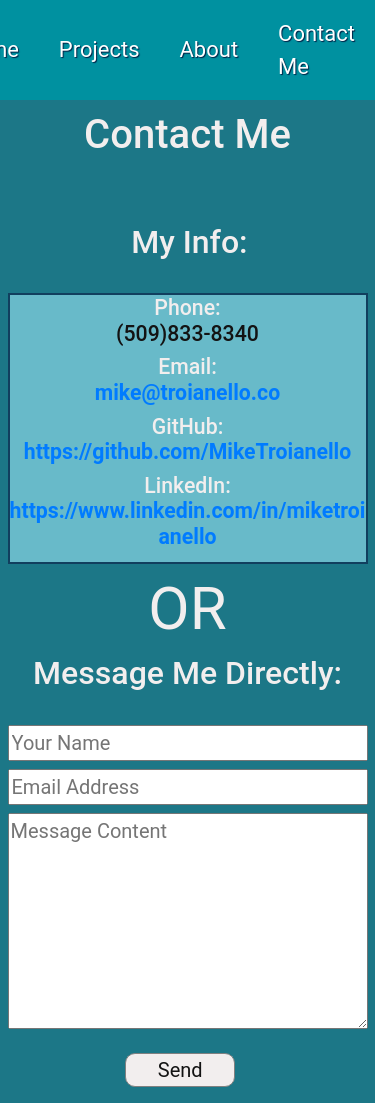
Repository: MikeTroianello/troianello
Page: /contact
An editor plug-in stored every save of this project. The page is shown before and after the next save, followed by the edit.
The browser window is 375 px wide. The pictures show the whole page.
The project was rebuilt for these pictures with package versions that can differ from the ones it lists, and the page was loaded fresh each time. Also part of the build but not shown: src/components/context-sensitive/Greet.js, src/components/locations/Home.js, src/components/locations/About/About.css, src/components/locations/About/AboutMobile.css, src/components/locations/About/About.js, src/components/cards/RainbowDay.js, src/components/cards/CanvasBubbles.js, src/components/cards/projectCard.css and 4 more.

Above is the page before, as saved 2019-08-03 13:17:05.

### public/index.html
<!DOCTYPE html>
<html lang="en">
  <head>
    <meta charset="utf-8" />
    <link rel="shortcut icon" href="%PUBLIC_URL%/favicon.ico" />
    <meta name="viewport" content="width=device-width, initial-scale=1" />
    <meta name="theme-color" content="#000000" />
    <!--
      manifest.json provides metadata used when your web app is installed on a
      user's mobile device or desktop. See https://developers.google.com/web/fundamentals/web-app-manifest/
    -->
    <link rel="manifest" href="%PUBLIC_URL%/manifest.json" />
    <!--
      Notice the use of %PUBLIC_URL% in the tags above.
      It will be replaced with the URL of the `public` folder during the build.
      Only files inside the `public` folder can be referenced from the HTML.

      Unlike "/favicon.ico" or "favicon.ico", "%PUBLIC_URL%/favicon.ico" will
      work correctly both with client-side routing and a non-root public URL.
      Learn how to configure a non-root public URL by running `npm run build`.
    -->
    <title>MIKE TROIANELLO</title>
  </head>
  <body>
    <noscript>You need to enable JavaScript to run this app.</noscript>
    <div id="root"></div>
  </body>
</html>

### src/App.js
import React, { Component } from 'react';
import { BrowserRouter as Router, Route, Switch } from 'react-router-dom';
import Header from './components/Header';
import Home from './components/locations/Home';
import About from './components/locations/About/About';
import Projects from './components/locations/Projects';
import Contact from './components/locations/Contact/Contact';
import NotFound from './components/locations/NotFound';
import Greet from './components/context-sensitive/Greet.js';
import './App.css';

class App extends Component {
  // state = {
  //   header: '',
  //   hours: new Date().getHours()
  // };

  // componentDidMount() {
  //   window.addEventListener('scroll', this.handleScroll);
  // }

  // componentWillUnmount() {
  //   window.removeEventListener('scroll', this.handleScroll);
  // }

  // handleScroll = event => {
  //   let scrollTop = event.srcElement.body.scrollTop;
  //   console.log(window.scrollY);
  //   // if(window.scrollY > 200 && this.state.header) {
  //   if (window.scrollY < 88) {
  //     this.setState({ header: '' });
  //     console.log(this.state.header);
  //   }
  //   if (window.scrollY > 88 && window.scrollY < 502) {
  //     this.setState({ header: <Greet classname='header-greet' /> });
  //     console.log(this.state.header);
  //   }
  //   if (window.scrollY > 503 && window.scrollY < 1266) {
  //     this.setState({ header: 'My Projects' });
  //     console.log(this.state.header);
  //   }
  //   if (window.scrollY > 1267) {
  //     this.setState({ header: 'About Me' });
  //     console.log(this.state.header);
  //   }
  // };

  render() {
    return (
      <div className='App'>
        <Router>
          {/* <Header showHeader={this.state.header} /> */}
          <Header />
          <div>
            <Switch>
              <Route exact path='/' component={Home} />
              <Route exact path='/about' component={About} />
              <Route exact path='/projects' component={Projects} />
              <Route exact path='/contact' component={Contact} />
              <Route component={NotFound} />
            </Switch>
          </div>
        </Router>
      </div>
    );
  }
}

export default App;

### src/components/Header.js
import React, { Component } from 'react';
import { Link } from 'react-router-dom';
import Greet from '../components/context-sensitive/Greet.js';

export default class Header extends Component {
  render() {
    // let headerClass = this.props.showHeader ? 'header' : 'header transition';
    // if(this.props.showHeader == "time"){
    //   this.props.showHeader = <Greet/>
    // }
    /* <div className={headerClass}> */
    return (
      <div className='header'>
        <div className='links'>
          {/* <div className='logo'>
            <Link to='/'>Mt</Link>
          </div> */}
          <Link to='/' className='logo-2'>
            <h1 className='mt-logo'>Mt</h1>
          </Link>
          <div>{this.props.showHeader}</div>

          <div className='individual-link'>
            <Link to='/'>Home</Link>
          </div>
          <div className='individual-link'>
            <Link to='/projects'>Projects</Link>
          </div>
          <div className='individual-link'>
            <Link to='/about'>About</Link>
          </div>
          <div className='individual-link test'>
            <Link to='/contact'>Contact Me</Link>
          </div>
        </div>
      </div>
    );
  }
}

### src/components/locations/Contact/Contact.js
import React from 'react';
import './Contact.css';
import './ContactMobile.css';

export default function Contact() {
  return (
    <div className='contact-page'>
      <h1 className='contact-center'>Contact Me</h1>
      <div className='row'>
        <div className='col-sm-5 contact-side-one'>
          <h2 className='contact-center-one'>My Info:</h2>
          <div className='contact-side-one-box'>
            <h3>
              Phone:
              <br />
              <span className='contact-number'>(509)833-8340</span>
            </h3>
            <h3>
              <h3>
                Email:
                <br />
                <strong>
                  <a
                    href='mailto:mike@troianello.co'
                    target='_blank'
                    rel='noopener noreferrer'
                  >
                    mike@troianello.co
                  </a>
                </strong>
              </h3>
              GitHub:
              <br />
              <strong>
                <a
                  href='https://github.com/MikeTroianello'
                  target='_blank'
                  rel='noopener noreferrer'
                >
                  https://github.com/MikeTroianello
                </a>
                <br />
              </strong>
            </h3>
            <h3>
              LinkedIn: <br />
              <strong>
                <a
                  href='https://www.linkedin.com/in/miketroianello'
                  target='_blank'
                  rel='noopener noreferrer'
                >
                  https://www.linkedin.com/in/miketroianello
                </a>
              </strong>
            </h3>
          </div>
        </div>
        <div className='col-sm-2 or'>OR</div>
        <div className='col-sm-5 contact-side-two'>
          <h2 className='contact-center-two'>Message Me Directly:</h2>
          <form
            className='contact-message'
            action='https://formspree.io/mike@troianello.co'
            method='POST'
          >
            <label>
              <input
                type='name'
                name='name'
                className='contact-message-input'
                placeholder='Your Name'
              />
            </label>
            <label>
              <input
                type='email'
                name='email'
                className='contact-message-input'
                placeholder='Email Address'
              />
            </label>
            <label>
              <textarea
                rows='7'
                name='content'
                className='contact-message-input'
                placeholder='Message Content'
              />
            </label>
            <button className='contact-button'>Send</button>
          </form>
        </div>
      </div>
    </div>
  );
}

### src/App.css
:root {
  --off-black: #131313;
  --off-white: #f2eeee;
}

.App {
  font-family: 'roboto';
}
@import url('https://fonts.googleapis.com/css?family=Chivo&display=swap');
@import url('https://fonts.googleapis.com/css?family=Roboto&display=swap');
@import url('https://fonts.googleapis.com/css?family=Exo+2:800&display=swap');

.App-header {
  background-color: #282c34;
  min-height: 100vh;
  display: flex;
  flex-direction: column;
  /* align-items: center; */
  justify-content: center;
  font-size: calc(10px + 2vmin);
  /* color: white; */
}

/* .App-link {
  color: #61dafb;
} */

body {
  padding-top: 47px;
}

div {
  font-size: 20px;
}

p {
  margin-left: 4em;
  color: var(--off-black);
}

/* HEADER */

.header {
  background-color: #0091a0;
  /* background-color: #192e6c; */
  overflow: hidden;
  position: fixed;
  top: 0;
  width: 100%;
  height: 100px;
  z-index: 1;
  transition: all 0.5s;
}

.header.transition {
  transition: all 0.5s;
}

.header a {
  text-decoration: none;
  font-family: 'roboto';
  color: white;
  text-shadow: 1px 1px 1px #002145;
  font-size: 1.1em;
}

/* HOME PAGE */

/* .home-bg {
  height: 300vh;
} */

.link {
  margin-left: 15em;
}

.link a {
  color: var(--off-white);
  background-color: #0091a0;
  border-style: solid;
  border-color: #a2d7dc;
  border-width: 2px;
  font-size: 1.75em;
  padding: 0.5em;
  /* border-radius: 5px; */
}

.home-top {
  background-color: #0091a0;
  height: 65vh;
  width: 100%;
  transform: skewY(-5deg);
  margin-top: -5vh;
  padding: 0;
}

.home-top h1 {
  text-align: center;
  color: var(--off-white);
  font-size: 5em;
  padding-left: 0.6em;
  padding-top: 0.8em;
  margin-bottom: 0;
  padding-bottom: 0;
  transform: skewY(5deg);
  text-shadow: 1px 1px 1px #007783;
}

.home-top h2 {
  text-align: center;
  color: var(--off-white);
  padding-left: 0.6em;
  margin-bottom: 0;
  padding-bottom: 0;
  transform: skewY(5deg);
  text-shadow: 1px 1px 1px #007783;
}

.home-typewriter-setup {
  /* position: relative;
    width: 29em;
    margin: 0 auto;
    text-align: center;
    white-space: nowrap;
    overflow: hidden; */
  position: relative;
  width: 24em;
  margin: 10vh auto;
  border-right: 3px solid rgba(255, 255, 255, 0.75);
  font-size: 180%;
  text-align: center;
  white-space: nowrap;
  overflow: hidden;
}

.home-typewriter-animation {
  animation: typewriter 4s steps(65) 1s 1 normal both,
    blinkTextCursor 1000ms steps(40) infinite normal;
}

@keyframes typewriter {
  from {
    width: 0;
  }
  to {
    width: 29.5em;
  }
}
@keyframes blinkTextCursor {
  from {
    border-right-color: rgba(255, 255, 255, 0.75);
  }
  to {
    border-right-color: transparent;
  }
}

.home-fade1 {
  height: 2vh;
  width: 100%;
  background-color: #a2d7dc;
  transform: skewY(-5deg);
  margin-top: -1vh;
}

.home-fade2 {
  height: 1vh;
  width: 100%;
  background-color: #e1e3e5;
  /* margin-top: -1vh; */
}

.home-about {
  height: 105vh;
  background: url('./components/images/pics/album-pics/thumbnail-3.jpg')
    no-repeat;
  background-size: 100% auto;
  background-position: 0 -30vh;
  /* background-repeat: no-repeat; */
  /* background-color: #909a9f; */
}

.home-about h1 {
  color: var(--off-white);
  font-size: 4.25em;
  margin-left: 1.25em;
}

.home-projects {
  font-size: 2em;
  padding-top: 1em;
  height: 110vh;
}

.home-projects h1 {
  color: var(--off-black);
  font-size: 2em;
  text-align: center;
}

.home-album-text {
  mix-blend-mode: difference;

  /* mix-blend-mode: exclusion; */
}

.home-contact {
  height: 50vh;
}

.home-contact h1 {
  font-size: 4.5em;
  margin-left: 1em;
  color: var(--off-white);
}

/* PROJECTS PAGE */

.projects {
  background-color: #1c7787;
  color: var(--off-white);
  /* height: 104vh; */
  /* margin-top: -3em; */
  padding-top: 3em;
  overflow: hidden;
  min-height: 97.45vh;
}

.project-box {
  display: flex;
  flex-wrap: wrap;
  justify-content: space-around;
  text-decoration: none;
  /* margin: 1vh 0; */
}

/* .project-box :hover {
  background: rgba(0, 0, 0, 1);
} */

.projects-title {
  text-align: center;
}

.projects-technologies {
  padding: 10vh 0 0 1.33vw;
  background-color: #1c7787;
  border-right: 1.5px solid black;
}

/* COLOR SCHEME REMAINING CLASSES DON'T DELETE YET!!!! */

/* .container-fluid {
  height: 500px;
} */

/* .row {
  height: 500px;
} */

.links {
  display: flex;
  justify-content: flex-end;
  align-items: center;
}

.individual-link {
  margin: 0 1em;
}

/* logo */

.logo {
  color: white;
  padding: 1px 6px;
  font-size: 1.35em;
  font-weight: bold;
  border-style: solid;
  border-color: White;
  border-width: 2px;
  margin: 20px auto 20px 15px;
}

.logo-2 {
  color: white;
  padding: 1px 6px 0;
  font-weight: bold;
  border-style: solid;
  border-color: White;
  border-width: 2px;
  margin: 20px auto 20px 15px;
}

.mt-logo {
  margin: 3px 0;
}

.react {
  animation-name: spin;
  animation-duration: 35s;
  animation-iteration-count: infinite;
  animation-timing-function: linear;
}

@keyframes spin {
  from {
    transform: rotate(0deg);
  }
  to {
    transform: rotate(360deg);
  }
}

/* table,
th,
td {
  border: 2px solid black;
}

td {
  font-size: 2em;
} */

### src/components/locations/Contact/Contact.css
.contact-page {
  background-color: #1c7787;
  color: var(--off-white);
  /* height: 101.8vh; HERE */
  min-height: 101.8vh;
  overflow: hidden;
  margin-top: -3em;
  padding-top: 3em;
}

.contact-page h1 {
  margin: 8vh;
}

/* .contact-side-one {
  } */

.contact-side-one-box {
  border: 2px solid #113f5e;
  background-color: rgba(137, 215, 229, 0.7);
  text-align: center;
  margin-left: 1vw;
  margin-right: 1vw;
  padding-bottom: 5px;
  word-wrap: break-word;
}

.contact-number {
  color: var(--off-black);
}

.contact-center {
  text-align: center;
  margin-bottom: 4vh;
}

.contact-center-one {
  text-align: center;
  margin-bottom: 4vh;
  margin-left: 1vw;
}

.contact-center-two {
  text-align: center;
  margin-bottom: 4vh;
}

.or {
  margin-bottom: 15vh;
  display: flex;
  justify-content: center;
  align-items: center;
  font-size: 3.8em;
  color: var(--off-white);
}

/* .contact-side-two{
    display: flex;
  } */

.contact-message {
  flex-direction: column;
  /* align-items:center; */
  display: flex;
}

.contact-message-input {
  width: 90%;
}

.contact-button {
  width: 30%;
  border: 1px solid gray;
  border-radius: 10px;
  color: var(--off-black);
  background: var(--off-white);
  margin-left: 32%;
}

### src/components/locations/Contact/ContactMobile.css
@media (max-width: 425px) {
  .contact-page {
    min-height: 101.8vh;
    overflow: hidden;
    margin-top: -3em;
    padding-top: 3em;
  }

  .contact-page h1 {
    margin: 8vh;
  }

  .contact-page h3 {
    font-size: 1.33rem;
  }

  /* .contact-side-one {
  } */

  .contact-side-one-box {
    /* border: 2px solid #113f5e;
    background-color: rgba(137, 215, 229, 0.7);
    text-align: center;
    margin-left: 1vw;
    margin-right: 1vw;
    padding-bottom: 5px;
    word-wrap: break-word; */
    margin-left: 2vw;
    margin-right: 2vw;
  }

  .contact-number {
    color: var(--off-black);
  }

  .contact-center {
    text-align: center;
    margin-bottom: 4vh;
  }

  .contact-center-one {
    text-align: center;
    margin-bottom: 4vh;
    margin-left: 1vw;
  }

  .contact-center-two {
    text-align: center;
    margin-bottom: 4vh;
  }

  .or {
    margin-bottom: 0 !important;
    display: flex;
    justify-content: center;
    align-items: center;
    font-size: 3em;
    color: var(--off-white);
  }

  /* .contact-side-two {
    padding-left: 0;
  } */

  .contact-message {
    margin: 0 0 0 2vw;
  }

  .contact-message-input {
    width: 98%;
    /* margin-left: 1%; */
  }

  .contact-button {
    width: 30%;
    border: 1px solid gray;
    border-radius: 10px;
    color: var(--off-black);
    background: var(--off-white);
    margin-left: 32%;
    margin-top: 1vh;
    margin-bottom: 2vh;
  }
}

Loaded but not shown: src/index.js (common file); src/index.css (common file); src/serviceWorker.js (common file)

After the next save:
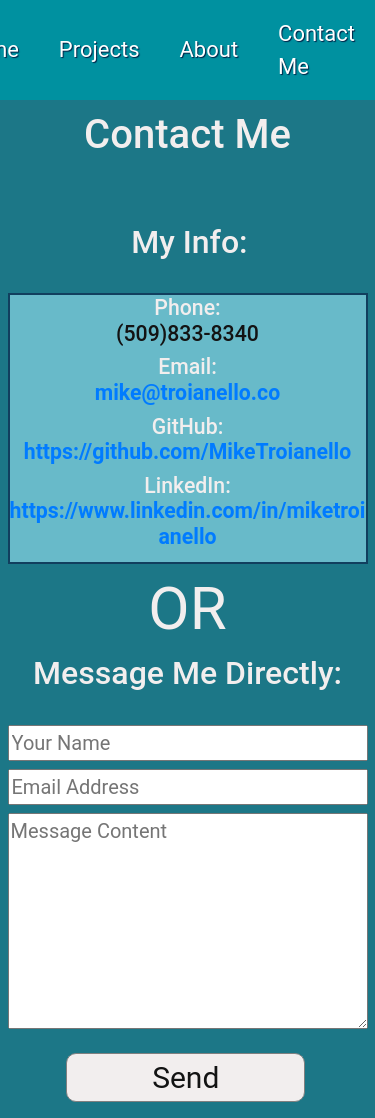
Saved 3 min 26 s later.
--- a/src/components/locations/Contact/ContactMobile.css
+++ b/src/components/locations/Contact/ContactMobile.css
@@ -72,13 +72,10 @@
   }
 
   .contact-button {
-    width: 30%;
-    border: 1px solid gray;
-    border-radius: 10px;
-    color: var(--off-black);
-    background: var(--off-white);
-    margin-left: 32%;
+    width: 65%;
+    margin-left: 16%;
     margin-top: 1vh;
     margin-bottom: 2vh;
+    font-size: 1.5em;
   }
 }
